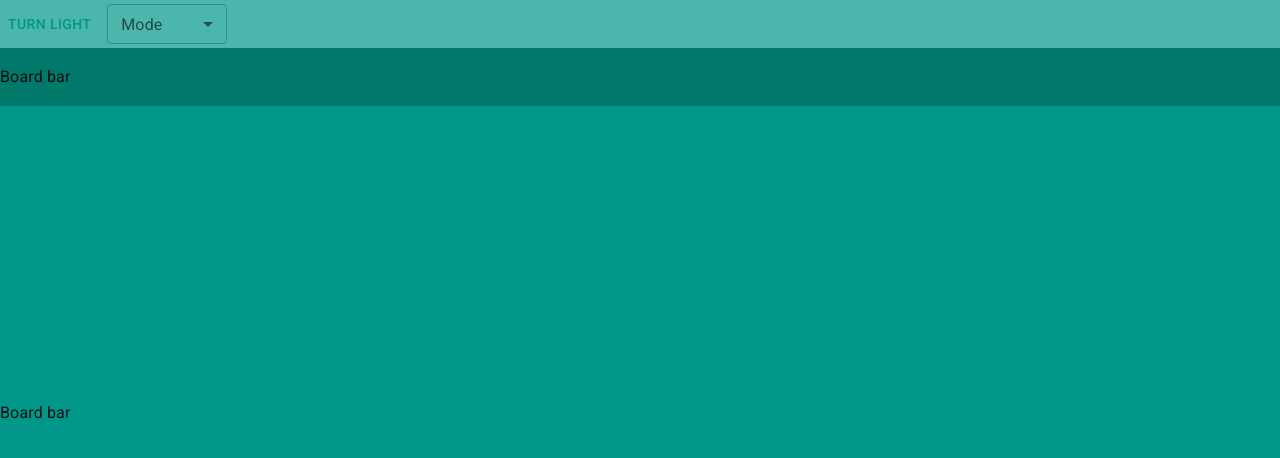
Repository: kieuduc123/trello_web
Page: /
These files come from the project's save history. The page is drawn as it stood at one moment and after the next save; the edit follows.
The browser window is 1280 px wide. The pictures show the whole page.
The project was rebuilt for these pictures with package versions that can differ from the ones it lists, and the page was loaded fresh each time. Also part of the build but not shown: vite.config.js.

Above is the page before, as saved 2024-03-14 22:34:15.

After the next save:
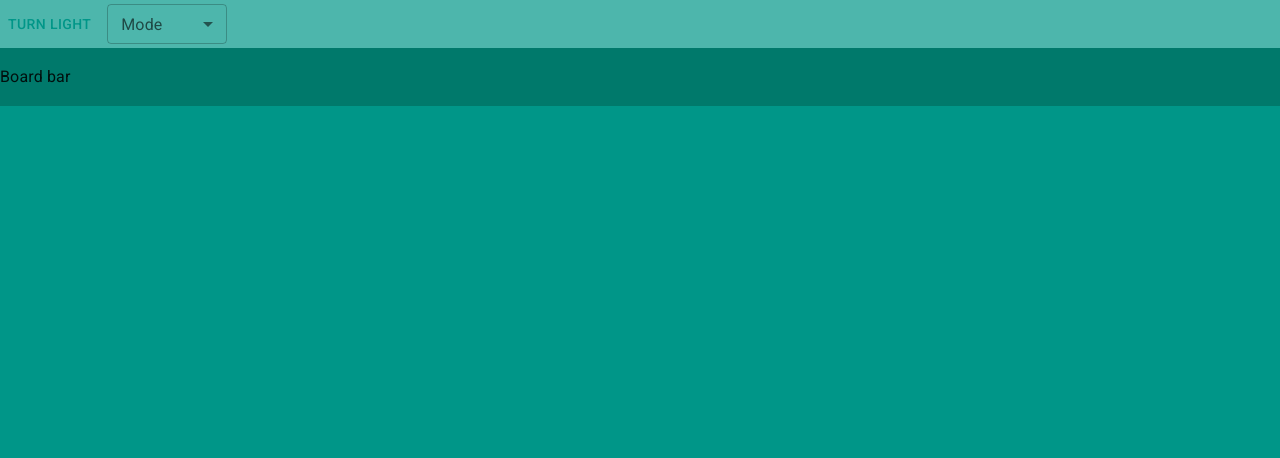
Saved 23 s later.
--- a/src/pages/Boards/_id.jsx
+++ b/src/pages/Boards/_id.jsx
@@ -10,15 +10,7 @@
     <Container disableGutters maxWidth={false} sx={{ height: ' 100vh', backgroundColor: 'primary.main' }}>
      <AppBar/>
       <BoardBar/>
-      <Box sx={{
-        backgroundColor: 'primary.main',
-        width: '100%',
-        display: 'flex',
-         height: (theme) => `calc(100vh - ${theme.trello.appBarHeight} - ${theme.trello.boarBarHeight})`,
-        alignItems: 'center',
-      }}>
-        Board bar
-      </Box>
+
    </Container>
   );
 };
